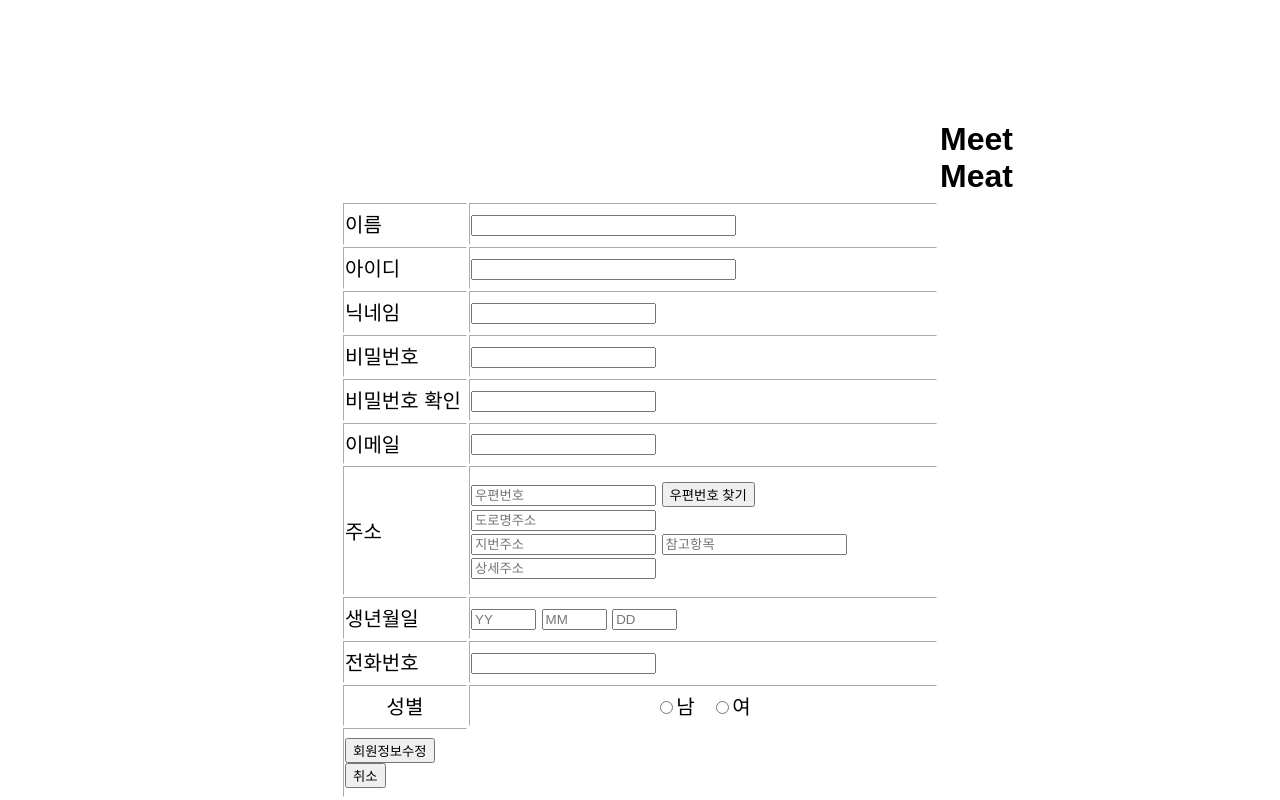
Repository: KOOBONMOO/koo
Page: http://localhost/portfolio/Member/memberModify.jsp
These files come from the project's save history. The page is drawn as it stood at one moment and after the next save; the edit follows.
The browser window is 1280 px wide. The pictures show the whole page.
Some web fonts or font styles are not loaded; a fallback is used. The page is served by Tomcat 9.

Above is the page before, as saved 2020-11-17 05:56:13.

After the next save:
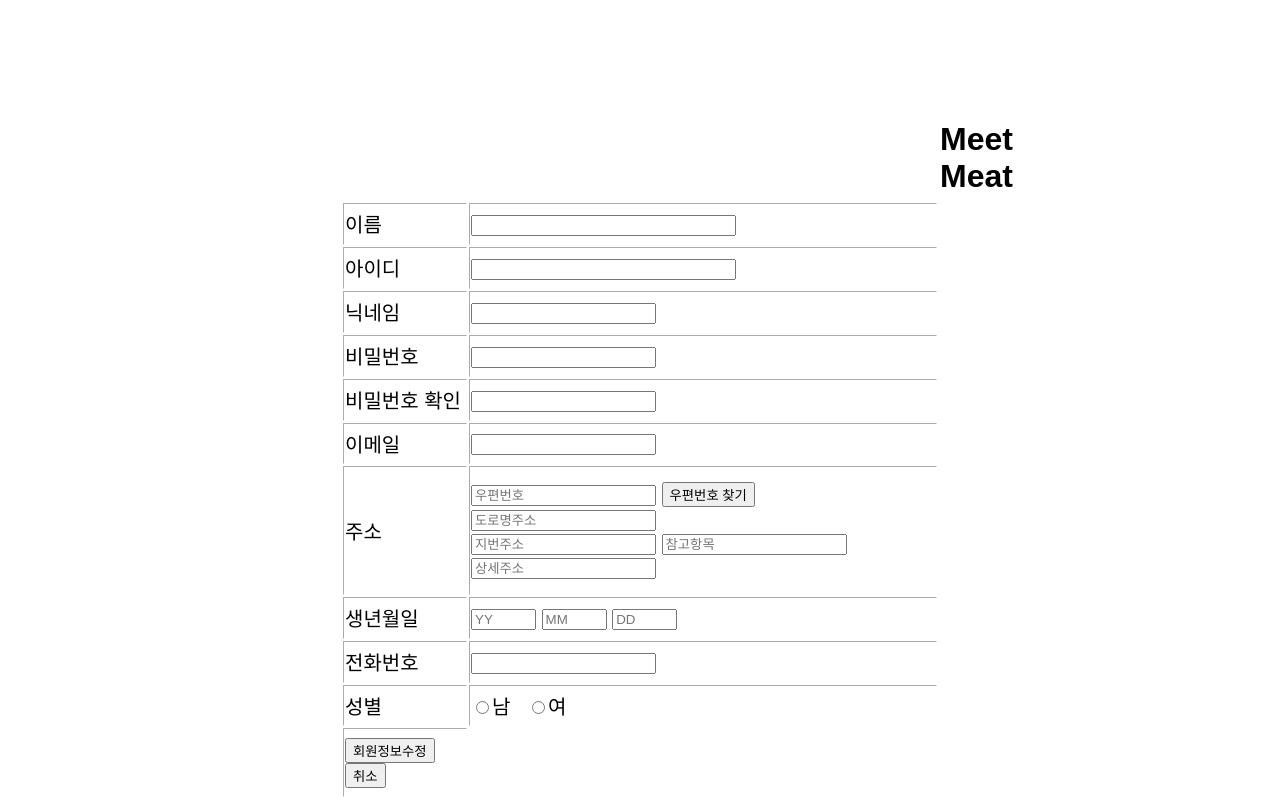
Saved 51 s later.
--- a/portfolio/WebContent/Member/memberModify.jsp
+++ b/portfolio/WebContent/Member/memberModify.jsp
@@ -72,7 +72,7 @@
 				<input type="text" name="cellphone" value="${userInfo.cellphone }">
 			</td>
 		</tr>
-		<tr align="center">
+		<tr>
 			<td>성별</td>
 			<td>
 				<input type="radio" name="gender" value="male" ${userInfo.gender eq 'male' ? 'checked':''}>남 &nbsp;
